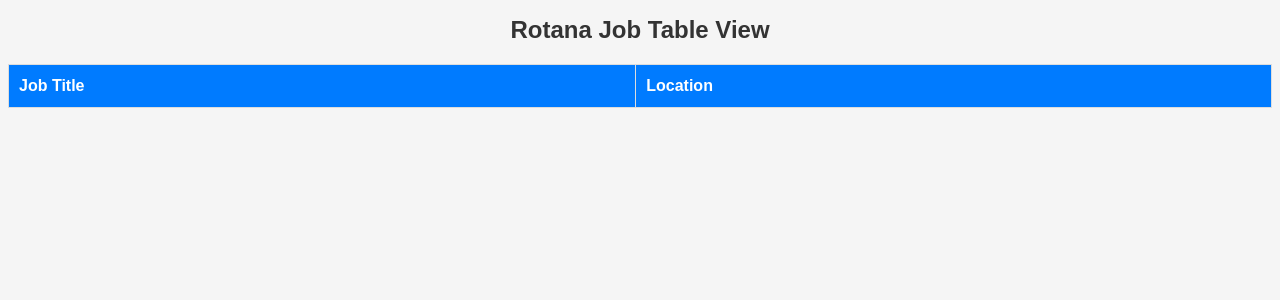
Repository: Reham28/RotanaJobs
Page: public/index.html
An editor plug-in stored every save of this project. The page is shown before and after the next save, followed by the edit.
The browser window is 1280 px wide. The pictures show the whole page.
The page's requests for data from a server got no answer.

Above is the page before, as saved 2023-09-16 18:33:57.

After the next save:
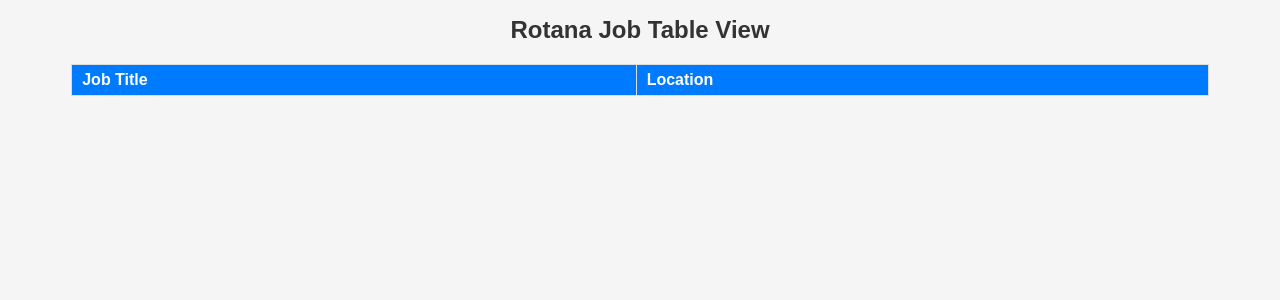
Saved 77 s later.
--- a/public/style.css
+++ b/public/style.css
@@ -49,7 +49,7 @@
   }
 
   table {
-    width: 100%;
+    width: 90%;
     border-collapse: collapse;
     margin-top: 20px;
     background-color: #f9f9f9;
@@ -57,7 +57,7 @@
   }
 
   th, td {
-    padding: 12px 10px;
+    padding: 6px 10px;
     text-align: left;
   }
 
@@ -67,7 +67,7 @@
   }
 
   tr:nth-child(even) {
-    background-color: #f2f2f2;
+    background-color: #eee4e4;
   }
 
   tr:hover {
